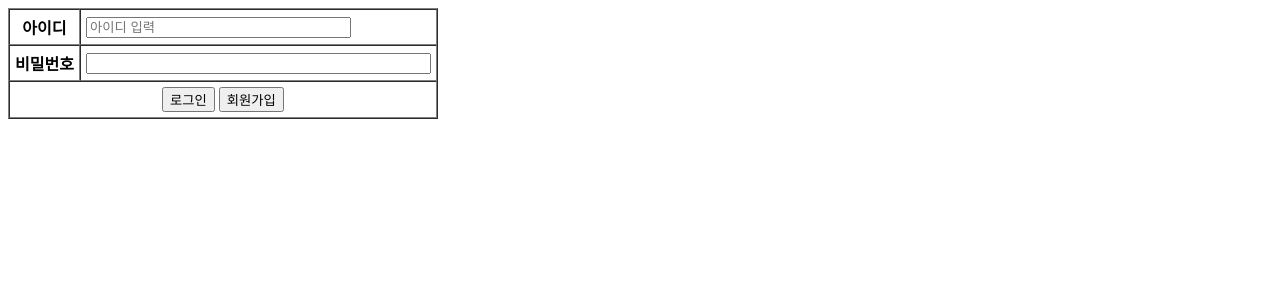
Repository: Gmajorlist/HTML
Page: http://localhost/memberJSP/member/loginForm.jsp
The author's editor kept a copy of each file at every save. The page is drawn from the files as they stood at one save, then again after the next save.
The browser window is 1280 px wide. The pictures show the whole page.
The page is served by Tomcat 9.

Above is the page before, as saved 2023-03-04 14:01:20.

After the next save:
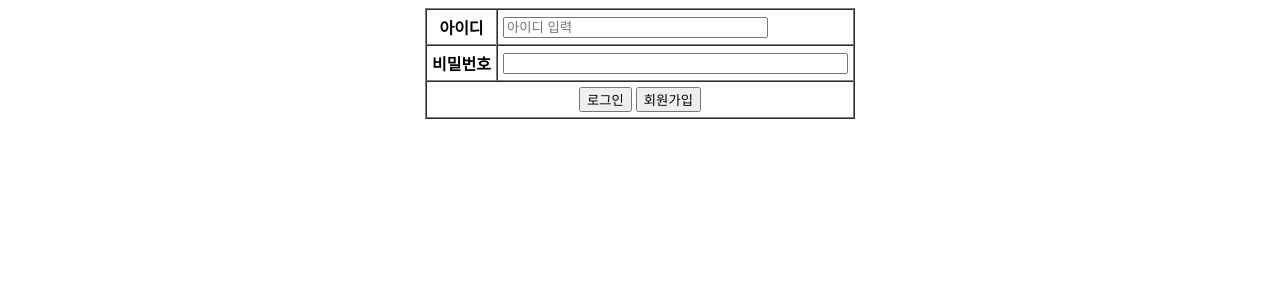
Saved 2 s later.
--- a/memberJSP/src/main/webapp/member/loginForm.jsp
+++ b/memberJSP/src/main/webapp/member/loginForm.jsp
@@ -13,8 +13,9 @@ div {
 }
 </style>
 </head>
-<body>
+<body stlye="background-color: beige;">
 <form name="loginForm" method="post" action="login.jsp">
+<center>
  <table border="1" cellpadding="5" cellspacing="0">
    <tr>
   	<th>아이디</th>
